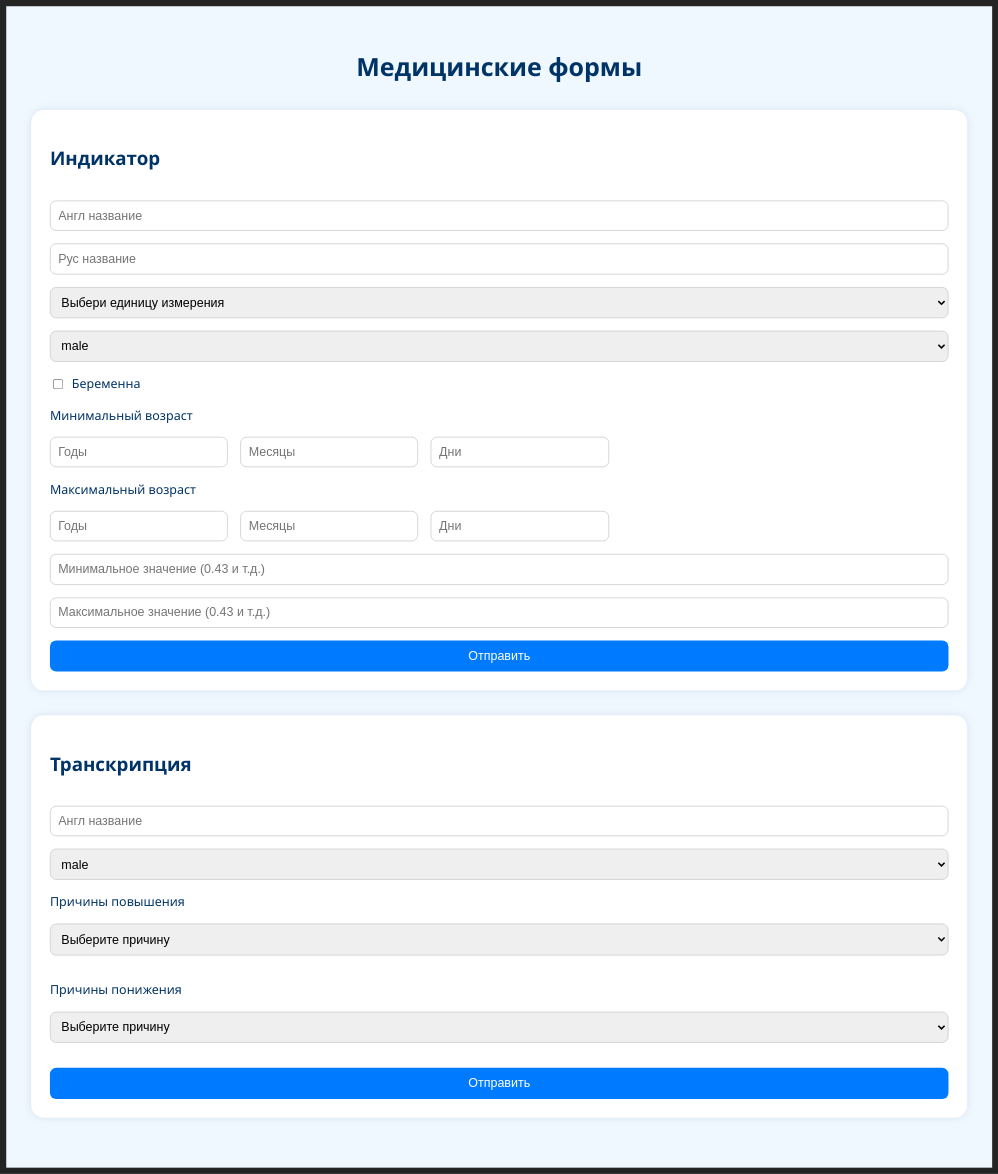
Repository: GGlebux/Transay
Page: / (app in frontend/)
An editor plug-in stored every save of this project. The page is shown before and after a run of saves, followed by the edit.
The browser window is 1280 px wide. The pictures show the whole page, at 78% of full size.
The project was rebuilt for these pictures with package versions that can differ from the ones it lists, and the page was loaded fresh each time. Also part of the build but not shown: frontend/vite.config.ts.

Above is the page before, as saved 2025-08-04 16:21:47.

After the next 2 saves:
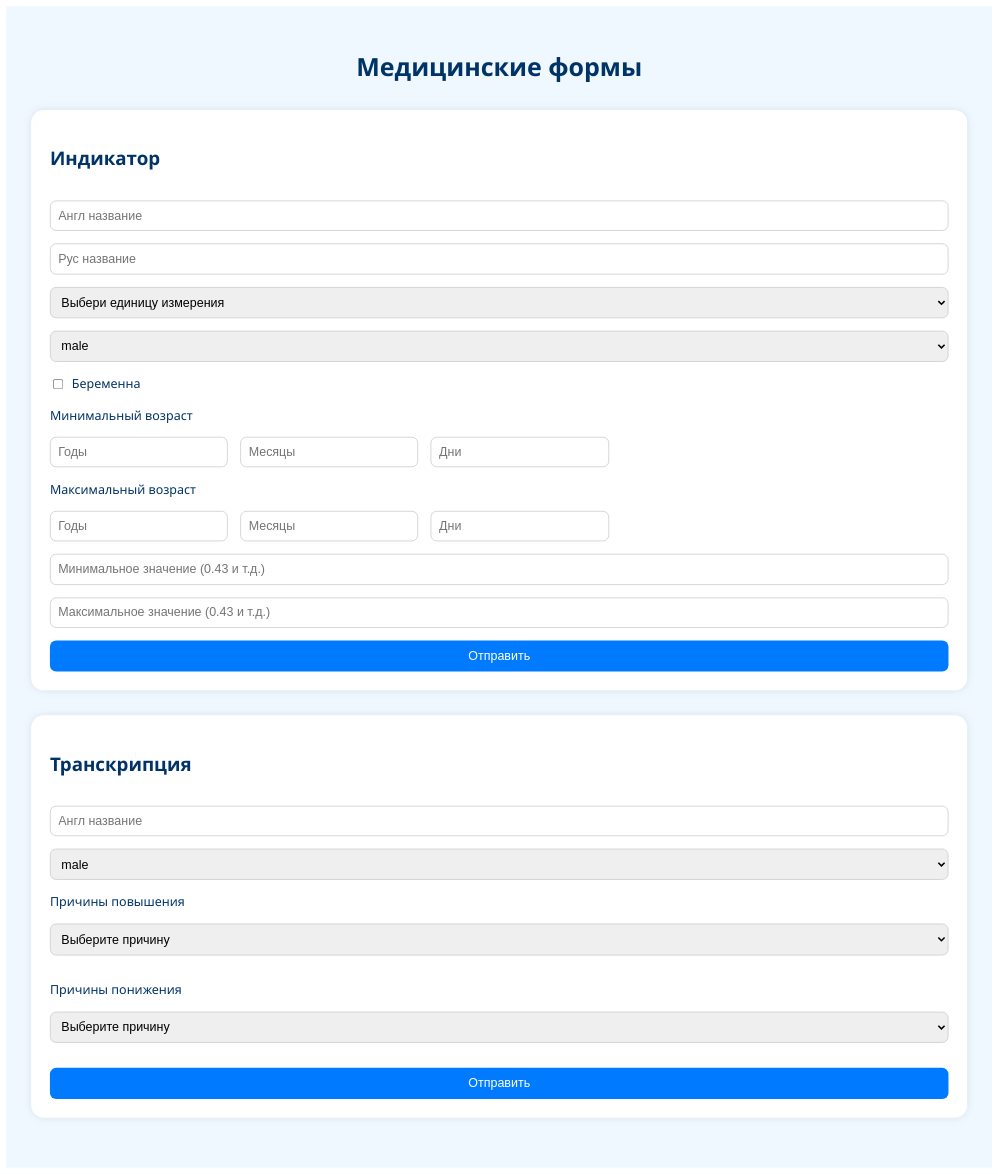
The 2 saves are shown as one change because they came seconds apart.
The last was saved 8 s later.
--- a/frontend/src/index.css
+++ b/frontend/src/index.css
@@ -5,19 +5,10 @@
 
   color-scheme: light dark;
   color: rgba(255, 255, 255, 0.87);
-  background-color: #242424;
+
 
   font-synthesis: none;
   text-rendering: optimizeLegibility;
   -webkit-font-smoothing: antialiased;
   -moz-osx-font-smoothing: grayscale;
 }
-
-a {
-  font-weight: 500;
-  color: #646cff;
-  text-decoration: inherit;
-}
-a:hover {
-  color: #535bf2;
-}
